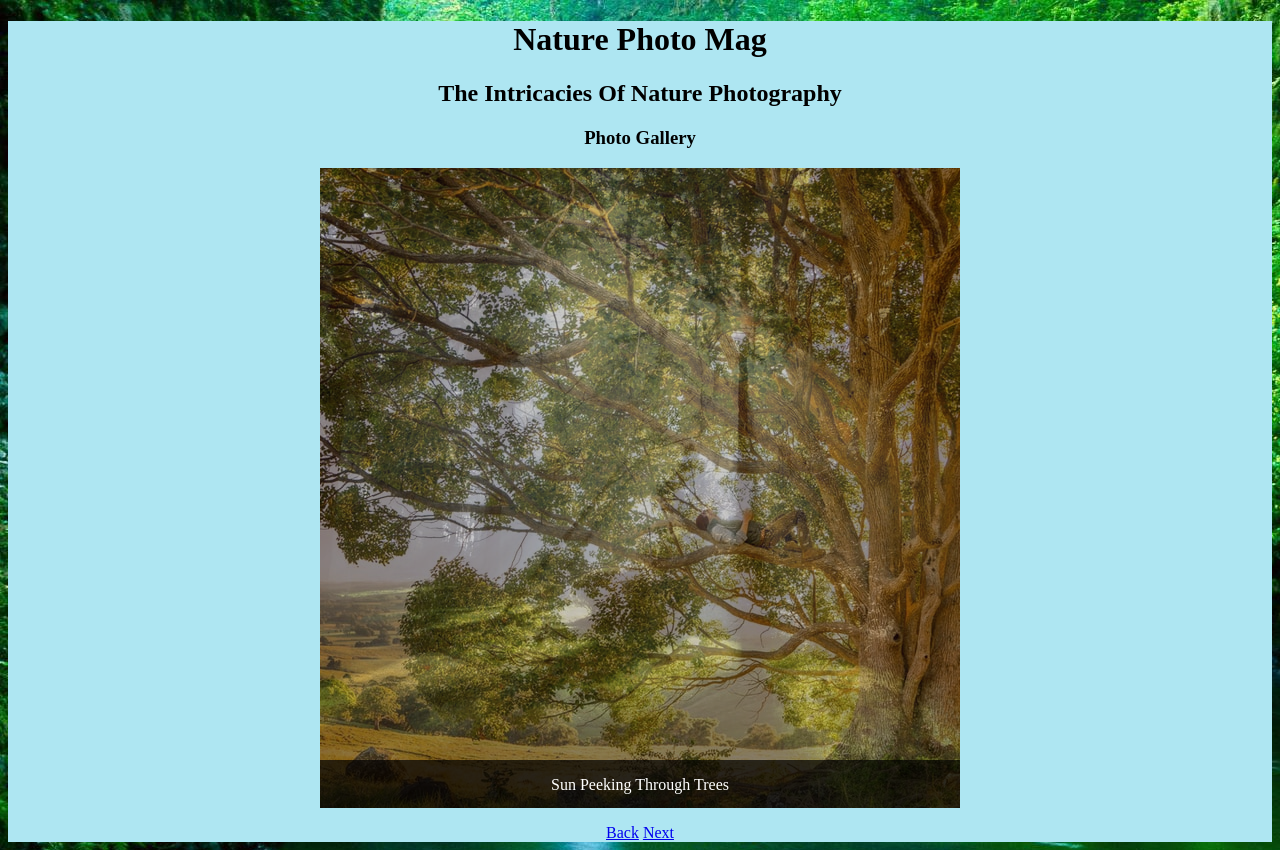
Repository: alexmaddux99/Image-Gallery
Page: index.html
An editor plug-in stored every save of this project. The page is shown before and after the next save, followed by the edit.
The browser window is 1280 px wide. The pictures show the whole page.
Backgrounds fixed to the window are drawn as part of the page.

Above is the page before, as saved 2022-03-08 16:37:28.
Console error: TypeError: Assignment to constant variable.

After the next save:
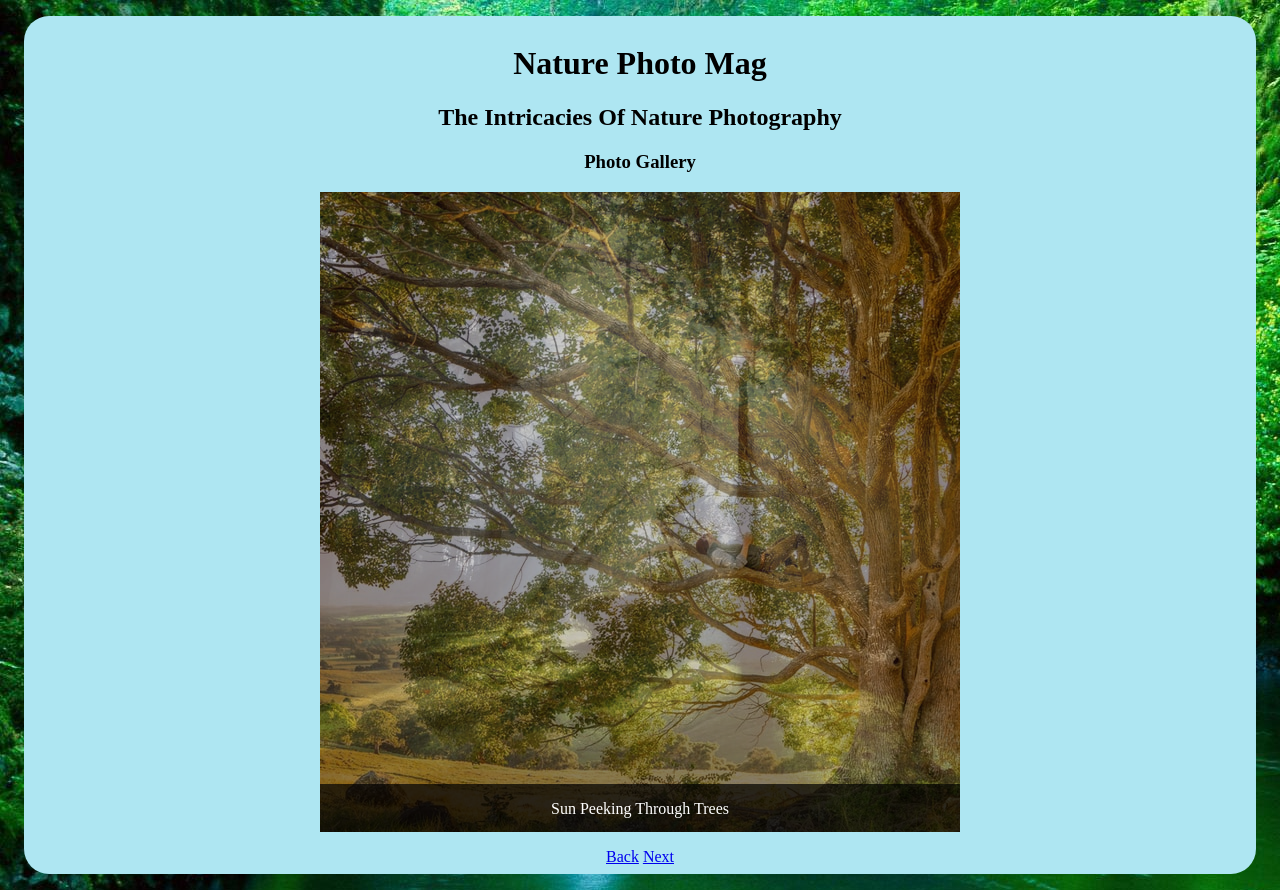
Saved 84 s later.
--- a/css/main.css
+++ b/css/main.css
@@ -64,5 +64,8 @@ section {
 }
 
 .content{
+  margin: 1rem;
+    padding: .5rem;
   background-color: #AEE6F2;
+  border-radius: 25px;
 }
